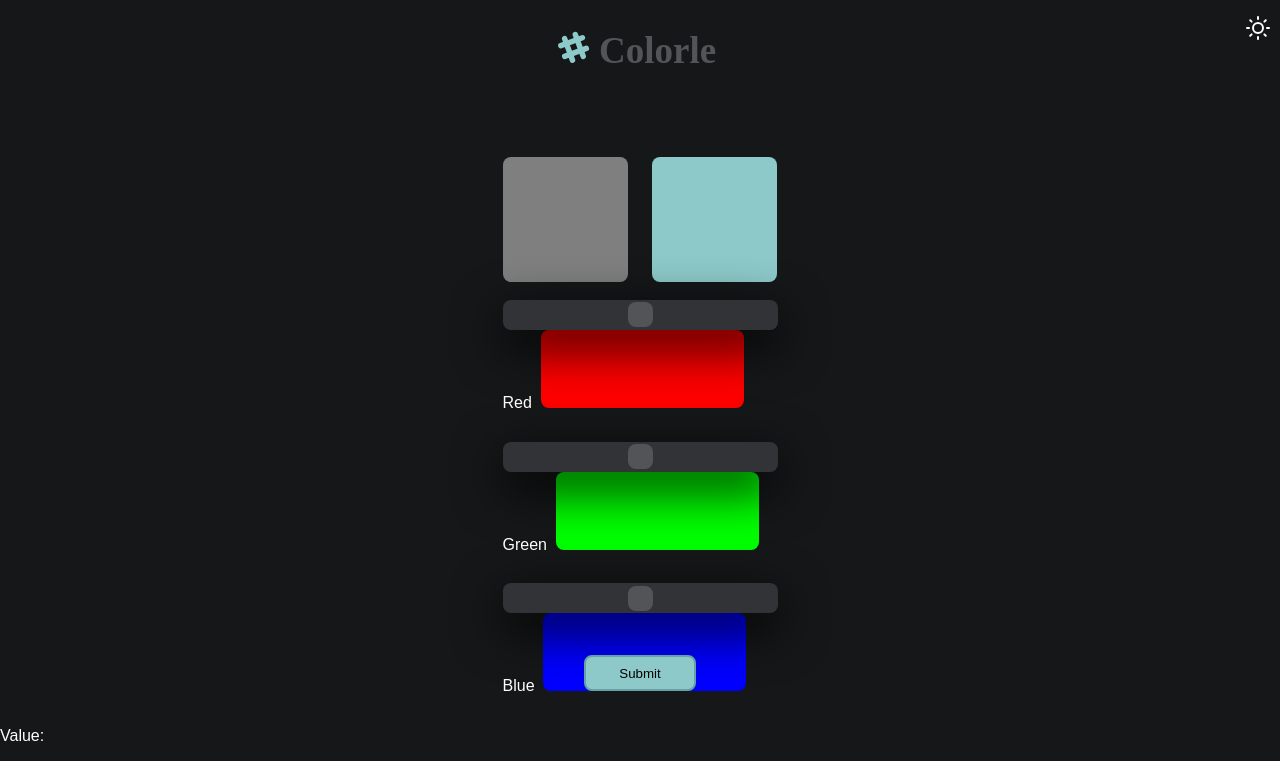
Repository: Artem-Melnik/Colorle
Page: index.html
An editor plug-in stored every save of this project. The page is shown before and after the next save, followed by the edit.
The browser window is 1280 px wide. The pictures show the whole page.

Above is the page before, as saved 2022-05-14 22:02:34.

After the next save:
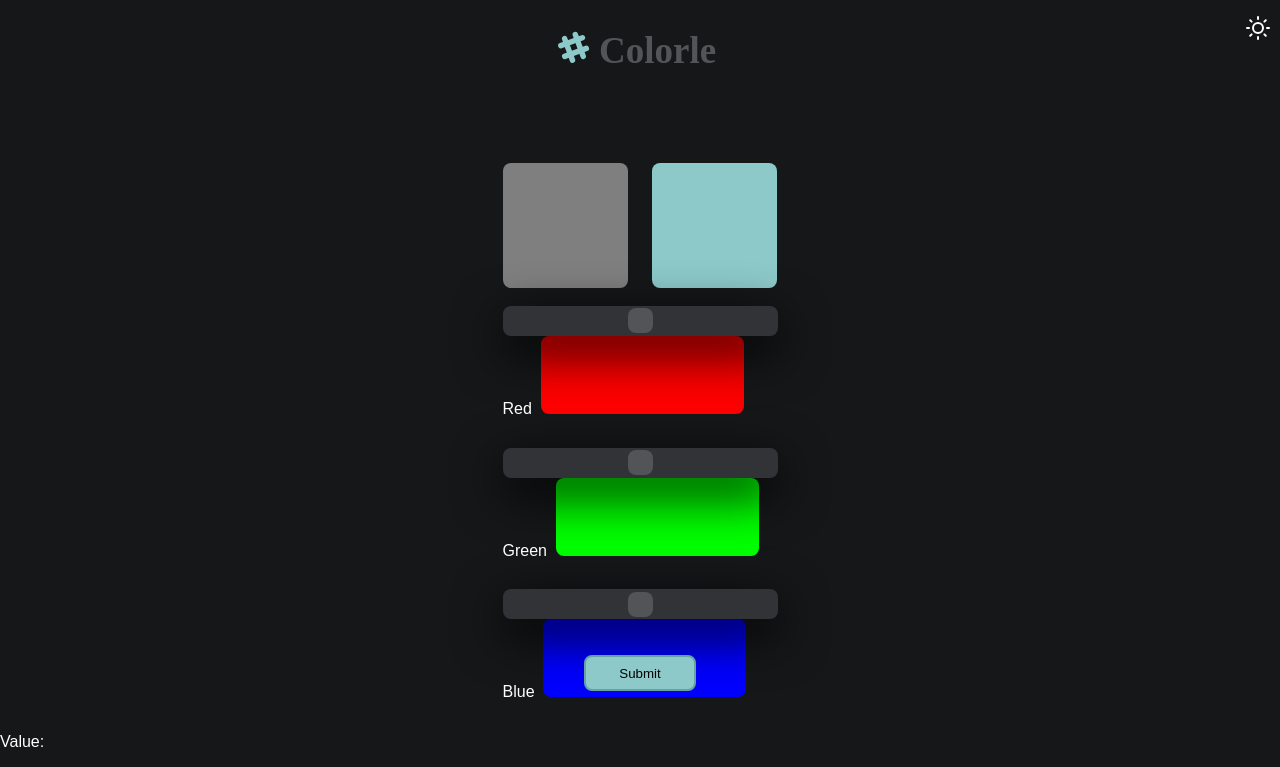
Saved 16 s later.
--- a/styles.css
+++ b/styles.css
@@ -27,7 +27,7 @@
   margin-bottom: 7%;
   margin-top: 2%;
   width: 165px;
-  height: 42px;
+  height: 48px;
   align-items: center;
 }
 

After the save that followed:
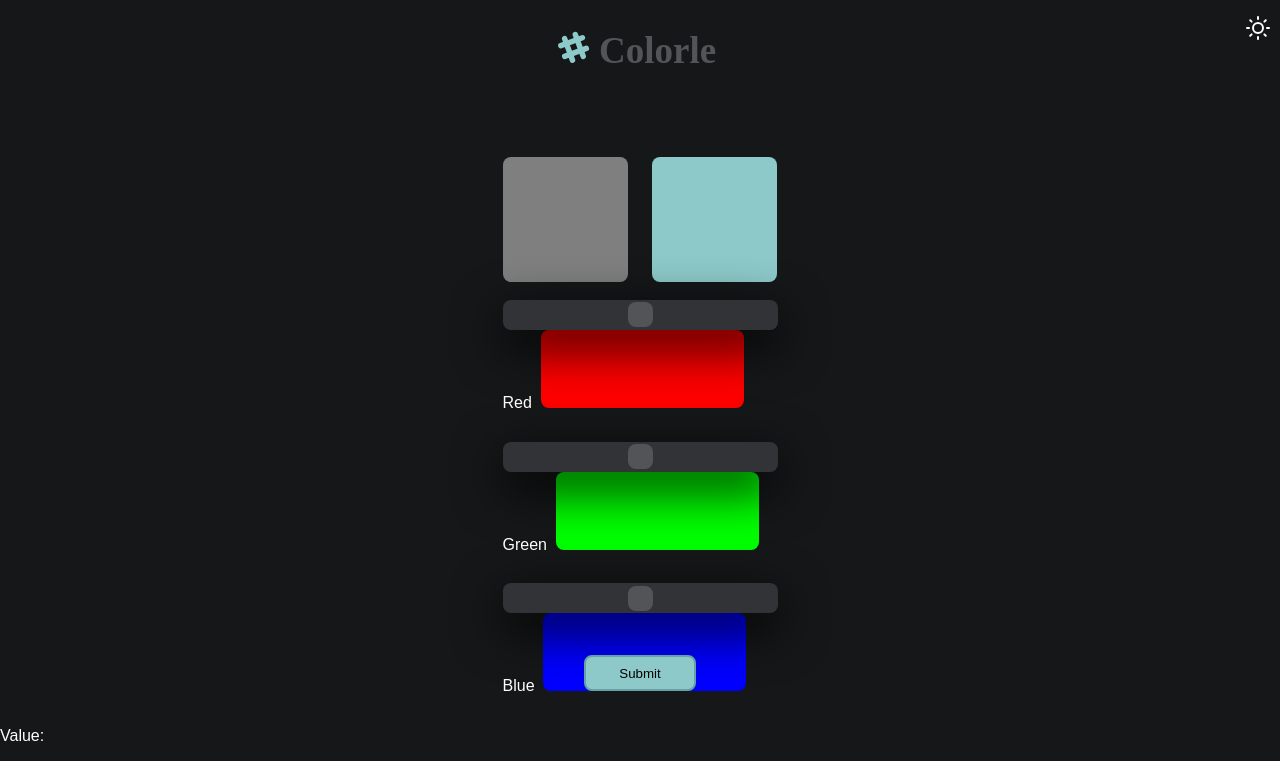
Saved 9 s later.
--- a/styles.css
+++ b/styles.css
@@ -27,7 +27,7 @@
   margin-bottom: 7%;
   margin-top: 2%;
   width: 165px;
-  height: 48px;
+  height: 42px;
   align-items: center;
 }
 
